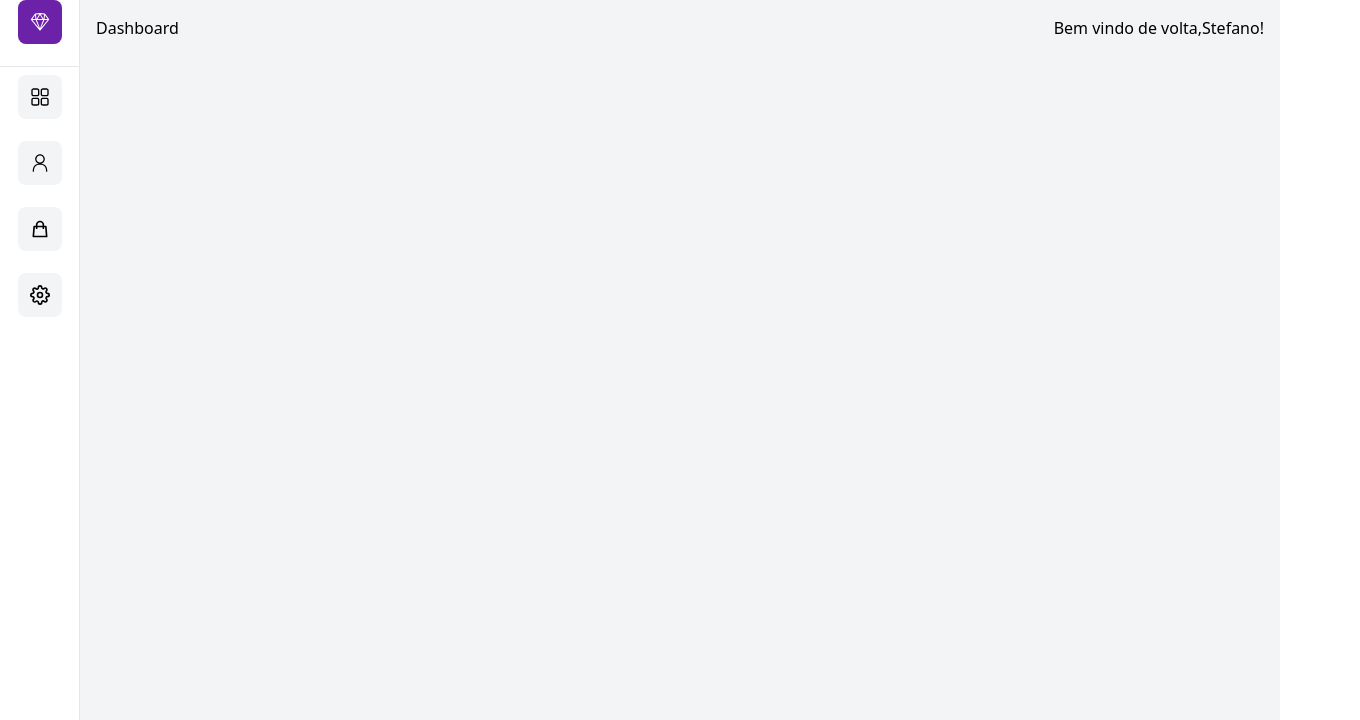
Repository: stefanosousaa/dashboard-next13
Page: /
The author's editor kept a copy of each file at every save. The page is drawn from the files as they stood at one save, then again after the next save.
The browser window is 1280 px wide. The page is 1280 px wide, then 1360 px, then 1280 px, so the pictures cover 1360 px, including what lies to the right of the window. The pictures show the whole page.
The project was rebuilt for these pictures with package versions that can differ from the ones it lists, and the page was loaded fresh each time. The framework's server and built-in components were replaced by stand-ins that run in the browser. Also part of the build but not shown: next.config.js.

Above is the page before, as saved 2023-05-11 23:02:54.

### pages/_app.js
import Sidebar from '@/components/Sidebar'
import '@/styles/globals.css'

export default function App({ Component, pageProps }) {
  return (
    <Sidebar>
        <Component {...pageProps} />
    </Sidebar>

  )
}

### pages/index.js
import Header from '../components/Header';
import Head from 'next/head';
import Image from 'next/image';

export default function Home() {
  return (
    <>
      <Head>
        <title>Create Next App</title>
        <meta name="description" content="Generated by create next app" />
        <meta name="viewport" content="width=device-width, initial-scale=1" />
        <link rel="icon" href="/favicon.ico" />
      </Head>

      <main className='bg-gray-100 min-h-screen'>
        <Header/>
      </main>

    </>
  );
};

### components/Sidebar.jsx
import Link from 'next/link'
import Image from 'next/image'
import React from 'react'
import {RxSketchLogo,RxDashboard, RxPerson} from 'react-icons/rx'
import {FiSettings} from 'react-icons/fi'
import {HiOutlineShoppingBag} from 'react-icons/hi'

const Sidebar = ({children}) => {
  return (
    <div className='flex'>
        <div className='fixed w-20 h-screen bg-white border-r-[1px] flex flex-col justify-between'>
        <div className='flex flex-col items-center'>

          <Link href='/'>
            <div className='bg-purple-800 text-white p-3 rounded-lg inline-block'>
              <RxSketchLogo size={20}/>
            </div>
          </Link>
          <span className='border-b-[1px] border-gray-200 w-full p-2'></span>
          <Link href='/'>
            <div className='bg-gray-100 hover:bg-gray-200 cursor-pointer my-2 p-3 rounded-lg inline-block'>
              <RxDashboard size={20}/>
            </div>
          </Link>
          <Link href='/costumerd'>
            <div className='bg-gray-100 hover:bg-gray-200 cursor-pointer my-2 p-3 rounded-lg inline-block'>
              <RxPerson size={20}/>
            </div>
          </Link>
          <Link href='/orders'>
            <div className='bg-gray-100 hover:bg-gray-200 cursor-pointer my-2 p-3 rounded-lg inline-block'>
              <HiOutlineShoppingBag size={20}/>
            </div>
          </Link>
          <Link href='/'>
            <div className='bg-gray-100 hover:bg-gray-200 cursor-pointer my-2 p-3 rounded-lg inline-block'>
              <FiSettings size={20}/>
            </div>
          </Link>
        </div>
        </div>

        <main className='ml-20 w-full'>{children}</main>
    </div>
  )
}

export default Sidebar

### components/Header.jsx
import React from 'react'

const Header = () => {
  return (
    <div className='flex justify-between px-4 pt-4'>
        <h2>Dashboard</h2>
        <h2>Bem vindo de volta,Stefano!</h2>
    </div>
  )
}

export default Header

Loaded but not shown: pages/_document.js (common file); pages/api/hello.js (common file); styles/globals.css (common file); tailwind.config.js (common file)

After the next save:
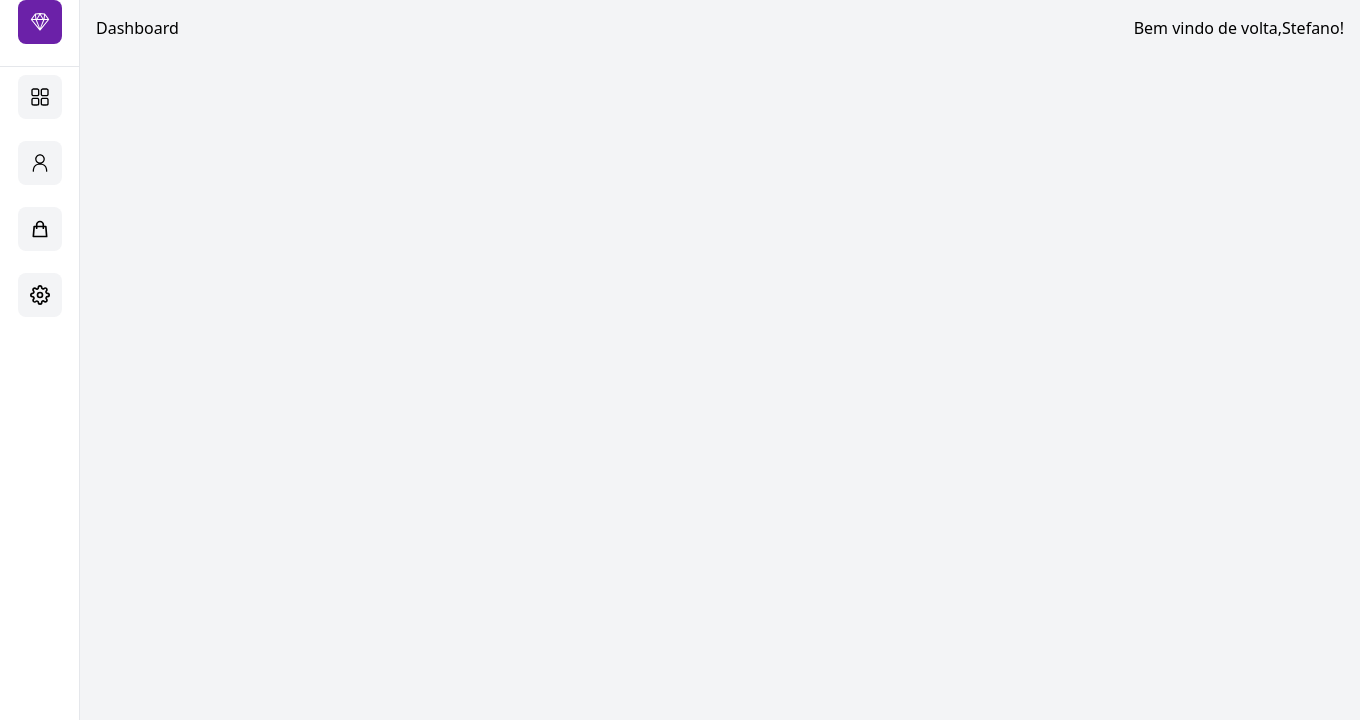
Saved 53 s later.
--- a/components/Sidebar.jsx
+++ b/components/Sidebar.jsx
@@ -7,7 +7,7 @@ import {HiOutlineShoppingBag} from 'react-icons/hi'
 
 const Sidebar = ({children}) => {
   return (
-    <div className='flex'>
+    <div className='grid'>
         <div className='fixed w-20 h-screen bg-white border-r-[1px] flex flex-col justify-between'>
         <div className='flex flex-col items-center'>
 

After the save that followed:
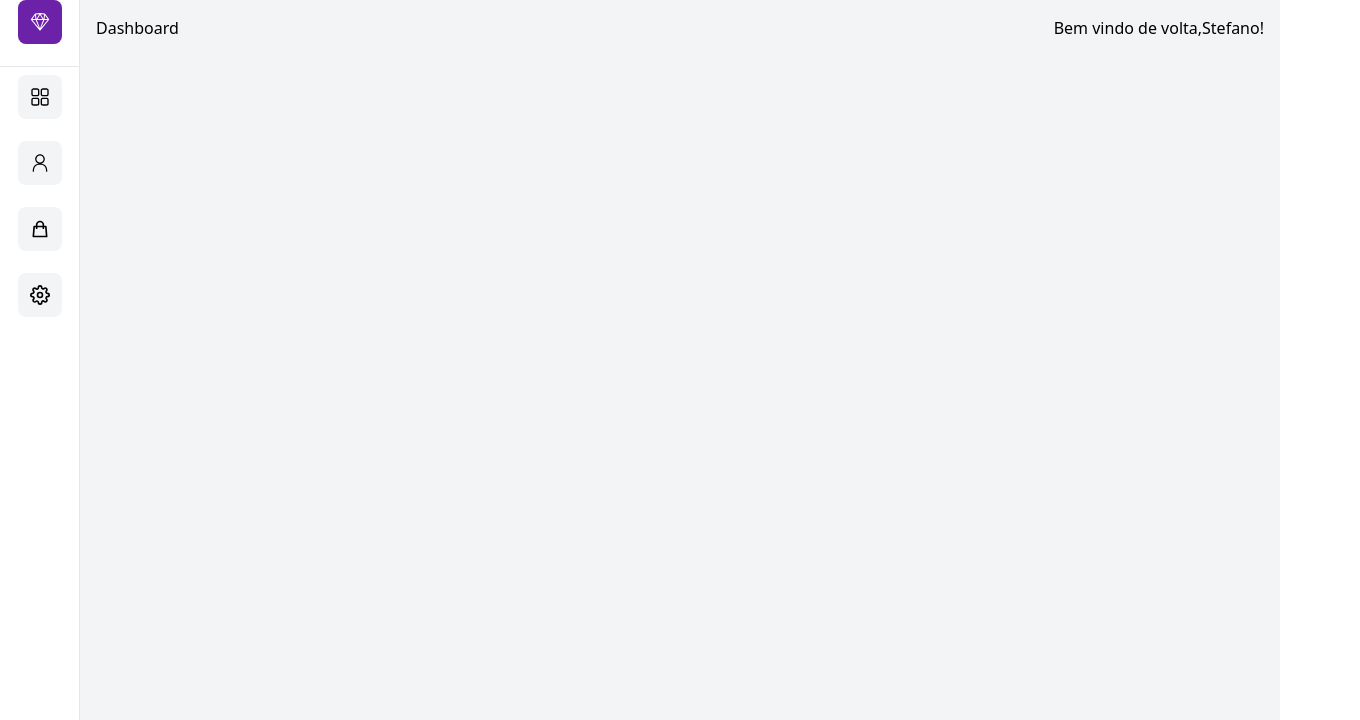
Saved 8 s later.
--- a/components/Sidebar.jsx
+++ b/components/Sidebar.jsx
@@ -7,7 +7,7 @@ import {HiOutlineShoppingBag} from 'react-icons/hi'
 
 const Sidebar = ({children}) => {
   return (
-    <div className='grid'>
+    <div className='flex'>
         <div className='fixed w-20 h-screen bg-white border-r-[1px] flex flex-col justify-between'>
         <div className='flex flex-col items-center'>
 
